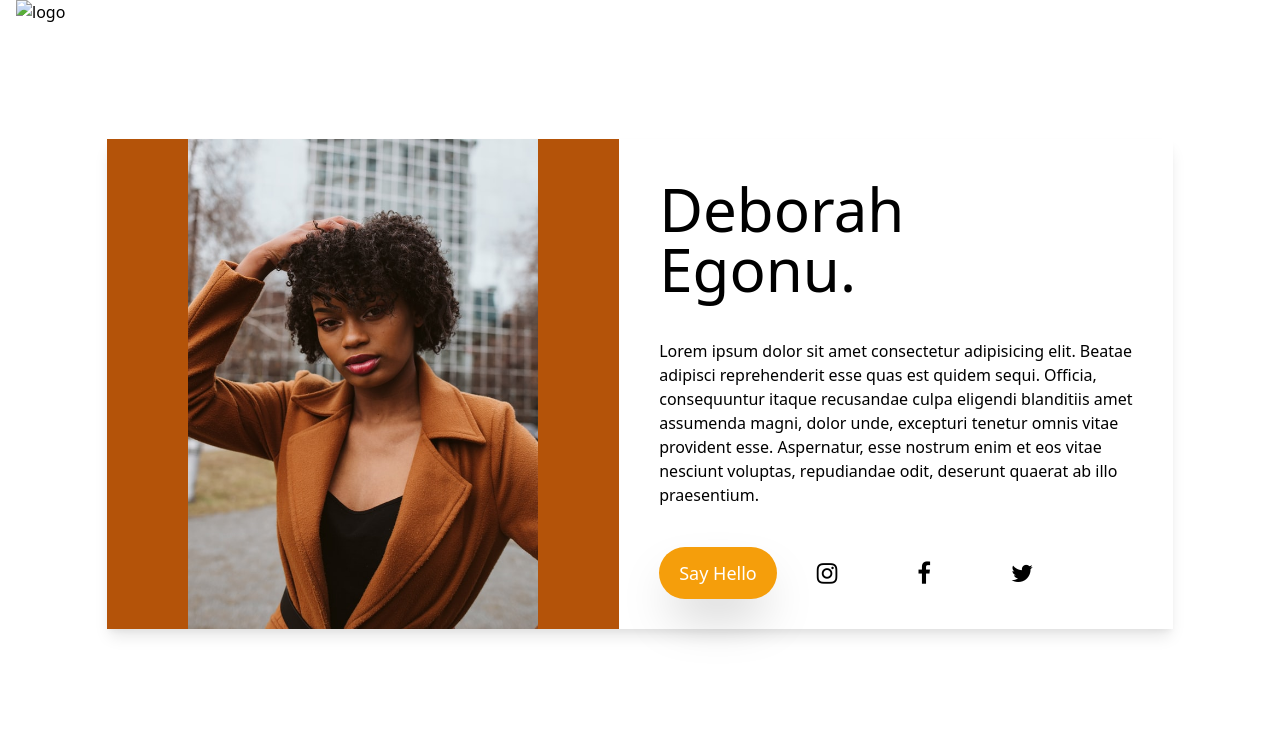
Repository: latenightsnacc/giggles
Page: HTML/user.html
The author's editor kept a copy of each file at every save. The page is drawn from the files as they stood at one save, then again after the next save.
The browser window is 1280 px wide. The pictures show the whole page.
Some web libraries are served in a nearby version.

Above is the page before, as saved 2021-01-01 16:48:33.

### HTML/user.html
<!DOCTYPE html>
<html lang="en">
<head>
    <meta charset="UTF-8">
    <meta name="viewport" content="width=device-width, initial-scale=1.0">
    <link href="https://cdnjs.cloudflare.com/ajax/libs/tailwindcss/2.0.2/tailwind.min.css" rel="stylesheet">
    <link rel="stylesheet" href="https://stackpath.bootstrapcdn.com/font-awesome/4.7.0/css/font-awesome.min.css" />

    <title>User Page</title>
</head>
<body class="bg-grey-600 ">
    <div class="container mx-auto px-4">
        <a href="#">
            <img src="#" alt="logo">
        </a>
    </div>
    <div class="wrapper flex flex-col justify-center items-center w-100 h-screen ">
        <div class="w-5/6 flex shadow-lg h-auto bg-grey-300 border-blue-50 lg:flex-row sm:flex-col sm:w-100">
            <div class=" bg-yellow-700 h-full flex justify-center sm:w-full">
                <img src="assets/userDp.jpg" style="max-width: 350px;" />
            </div>

            <div class=" bg-grey-50 h-full px-10 sm:w-full ">
                <h1 class="text-6xl bold my-10">Deborah </br> Egonu.</h1>
                <p class="my-10">Lorem ipsum dolor sit amet consectetur adipisicing elit. Beatae adipisci reprehenderit esse quas est quidem sequi. Officia, consequuntur itaque recusandae culpa eligendi blanditiis amet assumenda magni, dolor unde, excepturi tenetur omnis vitae provident esse. Aspernatur, esse nostrum enim et eos vitae nesciunt voluptas, repudiandae odit, deserunt quaerat ab illo praesentium.</p>
                <div class="w-100 flex space-around items-center">
                    <button class="bg-yellow-500 py-3 px-5 text-white semi-bold text-lg shadow-2xl rounded-full hover:bg-yellow-700">Say Hello</button>
                    <a href="#" class="text-2xl mx-10">
                        <i class="fa fa-instagram "></i>
                    </a>
                    <a href="#" class="text-2xl mx-10">
                        <i class="fa fa-facebook "></i>
                    </a>
                    <a href="#" class="text-2xl mx-10">
                        <i class="fa fa-twitter"></i>
                    </a>

                </div>
            </div>

        </div>
    </div>
</body>
</html>

After the next save:
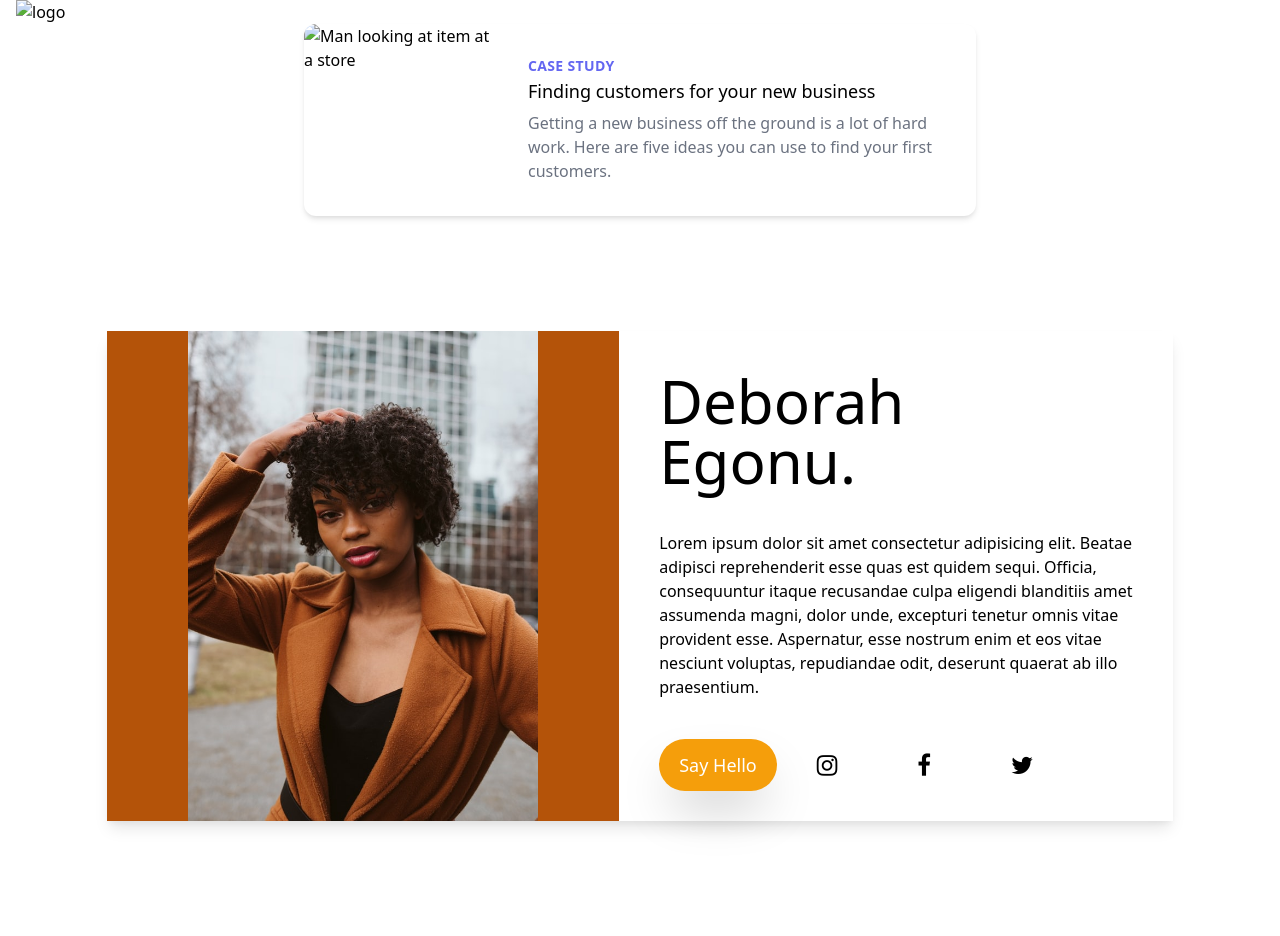
Not found: img/store.jpg
Saved 2 min 22 s later.
--- a/HTML/user.html
+++ b/HTML/user.html
@@ -14,6 +14,18 @@
             <img src="#" alt="logo">
         </a>
     </div>
+    <div class="max-w-md mx-auto bg-white rounded-xl shadow-md overflow-hidden md:max-w-2xl">
+        <div class="md:flex">
+          <div class="md:flex-shrink-0">
+            <img class="h-48 w-full object-cover md:w-48" src="/img/store.jpg" alt="Man looking at item at a store">
+          </div>
+          <div class="p-8">
+            <div class="uppercase tracking-wide text-sm text-indigo-500 font-semibold">Case study</div>
+            <a href="#" class="block mt-1 text-lg leading-tight font-medium text-black hover:underline">Finding customers for your new business</a>
+            <p class="mt-2 text-gray-500">Getting a new business off the ground is a lot of hard work. Here are five ideas you can use to find your first customers.</p>
+          </div>
+        </div>
+      </div>
     <div class="wrapper flex flex-col justify-center items-center w-100 h-screen ">
         <div class="w-5/6 flex shadow-lg h-auto bg-grey-300 border-blue-50 lg:flex-row sm:flex-col sm:w-100">
             <div class=" bg-yellow-700 h-full flex justify-center sm:w-full">

After the save that followed:
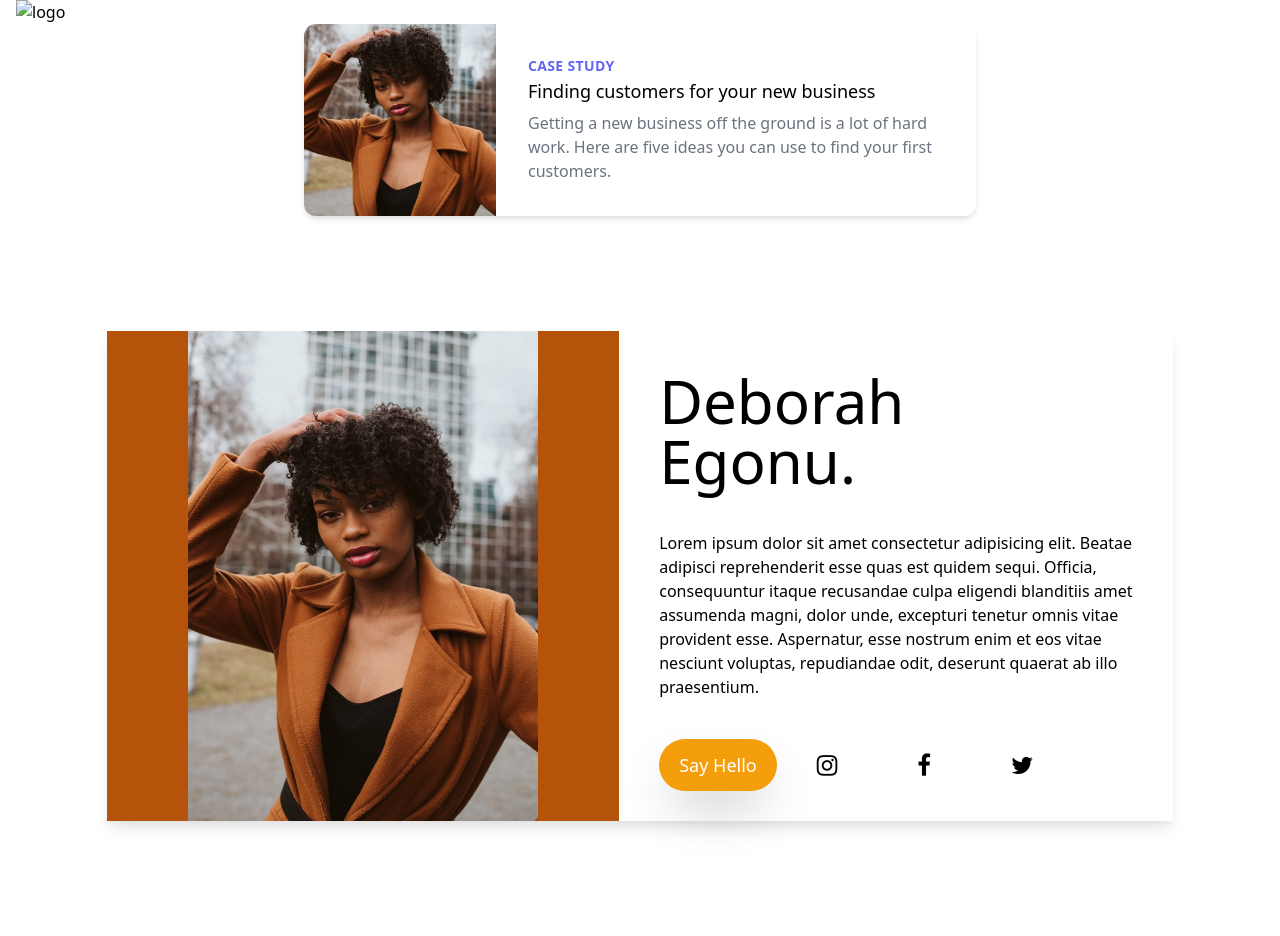
Saved 30 s later.
--- a/HTML/user.html
+++ b/HTML/user.html
@@ -17,7 +17,7 @@
     <div class="max-w-md mx-auto bg-white rounded-xl shadow-md overflow-hidden md:max-w-2xl">
         <div class="md:flex">
           <div class="md:flex-shrink-0">
-            <img class="h-48 w-full object-cover md:w-48" src="/img/store.jpg" alt="Man looking at item at a store">
+            <img class="h-48 w-full object-cover md:w-48" src="assets/userDp.jpg" alt="Man looking at item at a store">
           </div>
           <div class="p-8">
             <div class="uppercase tracking-wide text-sm text-indigo-500 font-semibold">Case study</div>
